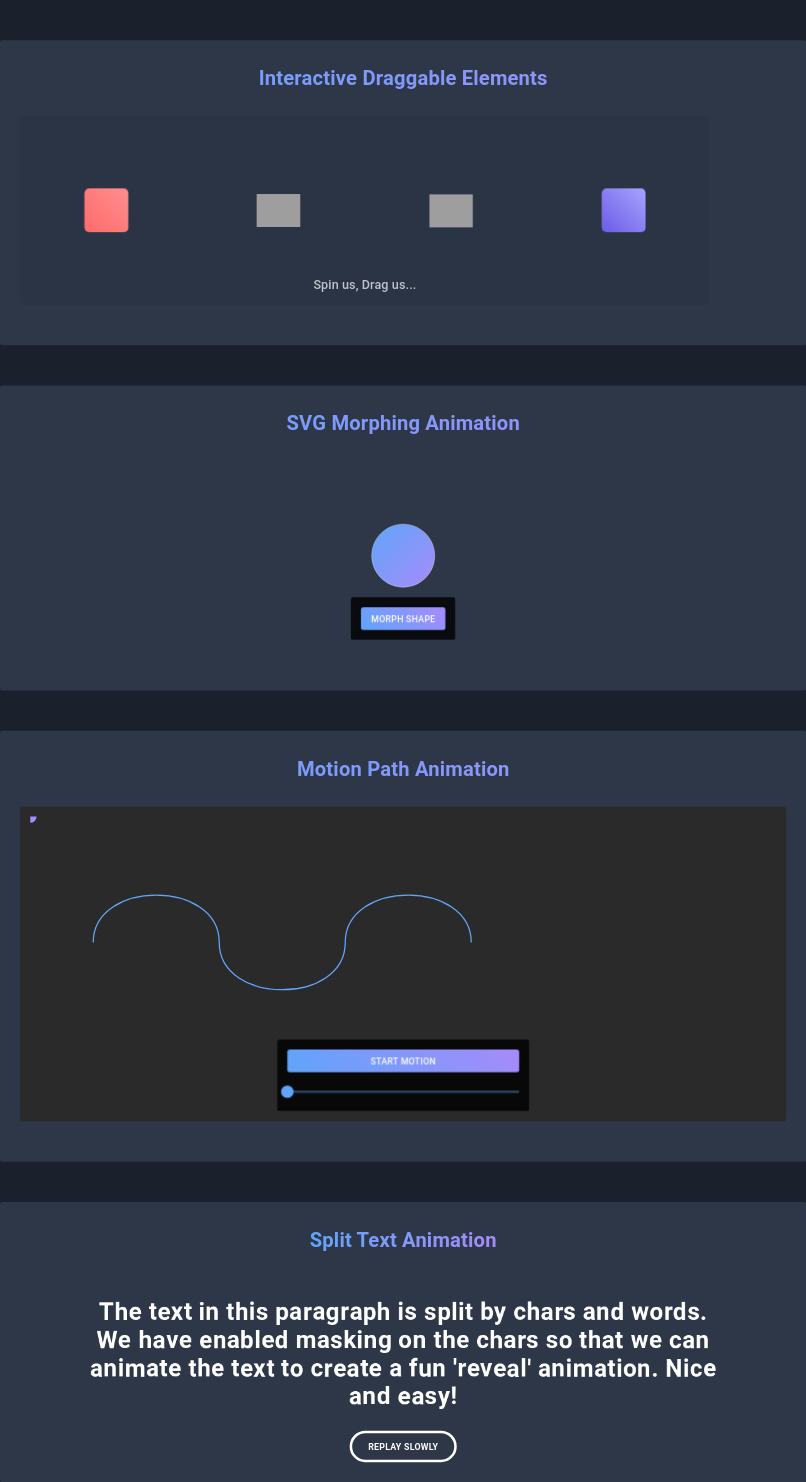
Repository: KovacsViktor/payloadcms-gsap-poc
Page: /gsap/demo
The author's editor kept a copy of each file at every save. The page is drawn from the files as they stood at one save, then again after the next save.
The browser window is 1280 px wide. The pictures show the whole page, at 63% of full size.
Pictures or frames that could not be fetched are drawn as grey boxes. The project was rebuilt for these pictures with package versions that can differ from the ones it lists, and the page was loaded fresh each time. The framework's server and built-in components were replaced by stand-ins that run in the browser. Also part of the build but not shown: next.config.mjs, src/app/(frontend)/styles.css.

Above is the page before, as saved 2025-05-19 20:45:15.

### src/app/(frontend)/layout.tsx
import React from 'react'
import './styles.css'
import ThemeRegistry from '@/theme/ThemeRegistry'

export const metadata = {
  description: 'A blank template using Payload in a Next.js app.',
  title: 'Payload Blank Template',
}

export default async function RootLayout(props: { children: React.ReactNode }) {
  const { children } = props

  return (
    <html lang="en">
      <body>
        <ThemeRegistry>
          <main>{children}</main>
        </ThemeRegistry>
      </body>
    </html>
  )
}

### src/app/(frontend)/gsap/demo/page.tsx
import GSAPDraggable from "./GSAPDraggable";
import GSAPMorphSVG from "./GSAPMorphSVG";
import GSAPMotionPath from "./GSAPMotionPath";
import GSAPSplitText from "./GSAPSplitText";

export default function GSAPDemoPage() {

    return (
        <>
            <GSAPDraggable />
            <GSAPMorphSVG />
            <GSAPMotionPath />
            <GSAPSplitText />
        </>
    )
}

### src/theme/ThemeRegistry.tsx
'use client';

import { ThemeProvider, createTheme } from '@mui/material/styles';
import CssBaseline from '@mui/material/CssBaseline';
import { useEffect, useState } from 'react';

const theme = createTheme({
  palette: {
    mode: 'dark',
    primary: {
      main: '#60a5fa',
    },
    secondary: {
      main: '#a78bfa',
    },
    background: {
      default: '#1a202c',
      paper: '#2d3748',
    },
  },
  typography: {
    h1: {
      fontSize: '3rem',
      fontWeight: 'bold',
      background: 'linear-gradient(to right, #60a5fa, #a78bfa)',
      WebkitBackgroundClip: 'text',
      backgroundClip: 'text',
      color: 'transparent',
    },
    body1: {
      fontSize: '1.125rem',
      lineHeight: 1.75,
      color: '#e2e8f0',
    },
  },
  components: {
    MuiCssBaseline: {
      styleOverrides: {
        body: {
          scrollbarColor: "#6b6b6b #2b2b2b",
          "&::-webkit-scrollbar, & *::-webkit-scrollbar": {
            backgroundColor: "#2b2b2b",
          },
          "&::-webkit-scrollbar-thumb, & *::-webkit-scrollbar-thumb": {
            borderRadius: 8,
            backgroundColor: "#6b6b6b",
            minHeight: 24,
            border: "3px solid #2b2b2b",
          },
          "&::-webkit-scrollbar-thumb:focus, & *::-webkit-scrollbar-thumb:focus": {
            backgroundColor: "#959595",
          },
        },
      },
    },
  },
});

export default function ThemeRegistry({ children }: { children: React.ReactNode }) {
  const [mounted, setMounted] = useState(false);

  useEffect(() => {
    setMounted(true);
  }, []);

  if (!mounted) {
    return <>{children}</>;
  }

  return (
    <ThemeProvider theme={theme}>
      <CssBaseline />
      {children}
    </ThemeProvider>
  );
}

### src/app/(frontend)/gsap/demo/GSAPDraggable.tsx
'use client';

import { useRef } from 'react';
import gsap from 'gsap';
import { Draggable } from 'gsap/Draggable';
import { InertiaPlugin } from 'gsap/InertiaPlugin';
import { useGSAP } from "@gsap/react";
import { styled } from '@mui/material/styles';
import {
  Typography,
  Box,
  TypographyProps,
} from '@mui/material';

gsap.registerPlugin(useGSAP, Draggable, InertiaPlugin);

const PlaygroundBox = styled(Box)(({ theme }) => ({
  marginTop: theme.spacing(8),
  padding: theme.spacing(4),
  background: theme.palette.background.paper,
  borderRadius: theme.shape.borderRadius,
  position: 'relative',
  overflow: 'hidden',
  minHeight: '400px',
}));

const StyledTitle = styled(Typography)<TypographyProps>(({ theme }) => ({
  fontSize: '2rem',
  fontWeight: 'bold',
  textAlign: 'center',
  marginBottom: theme.spacing(4),
  background: 'linear-gradient(to right, #60a5fa, #a78bfa)',
  WebkitBackgroundClip: 'text',
  backgroundClip: 'text',
  color: 'transparent',
}));

const Container = styled(Box)(({ theme }) => ({
  position: 'relative',
  width: '90%',
  height: '300px',
  display: 'flex',
  alignItems: 'center',
  justifyContent: 'space-around',
  borderRadius: theme.shape.borderRadius,
  background: 'rgba(0, 0, 0, 0.05)',
  marginBottom: theme.spacing(4),
}));

const Wrapper = styled(Box)({
  display: 'flex',
  alignItems: 'center',
  justifyContent: 'center',
});

const Flair = styled(Box)({
  cursor: 'pointer',
  width: '70px',
  height: '70px',
  maxHeight: '15vh',
  maxWidth: '15vh',
  backgroundSize: 'contain',
  backgroundRepeat: 'no-repeat',
  backgroundPosition: 'center',
  transition: 'box-shadow 0.3s ease, transform 0.3s ease',
  '&.dragging': {
    boxShadow: '0 10px 20px rgba(0,0,0,0.2)',
    transform: 'scale(1.1)',
    zIndex: 1,
  }
});

const Flair1 = styled(Flair)({
  background: 'linear-gradient(45deg, #FF6B6B, #FF8E8E)',
  borderRadius: '8px',
});

const Flair3b = styled(Flair)({
  backgroundImage: 'url(https://assets.codepen.io/16327/ui-flair-2.png)',
});

const Flair4b = styled(Flair)({
  backgroundImage: 'url(https://assets.codepen.io/16327/ui-flair-4.png)',
});

const FlairThrow = styled(Flair)({
  background: 'linear-gradient(45deg, #6C5CE7, #A8A4FF)',
  borderRadius: '8px',
});

const Subtitle = styled(Typography)(({ theme }) => ({
  position: 'absolute',
  width: '100%',
  left: 0,
  right: 0,
  bottom: theme.spacing(2),
  textAlign: 'center',
  pointerEvents: 'none',
  color: theme.palette.text.secondary,
}));

export default function GSAPDraggable() {
  const containerRef = useRef<HTMLDivElement>(null);
  const flair1Ref = useRef<HTMLDivElement>(null);
  const flair3bRef = useRef<HTMLDivElement>(null);
  const flair4bRef = useRef<HTMLDivElement>(null);
  const flairThrowRef = useRef<HTMLDivElement>(null);

  const { contextSafe } = useGSAP({ scope: containerRef });

  const initDraggables = contextSafe(() => {
    if (!containerRef.current || !flair1Ref.current || !flair3bRef.current ||
        !flair4bRef.current || !flairThrowRef.current) return;

    const commonConfig = {
      onDragStart: function(this: Draggable) {
        gsap.to(this.target, {
          scale: 1.1,
          boxShadow: '0 10px 20px rgba(0,0,0,0.2)',
          duration: 0.3,
          ease: "power2.out"
        });
      },
      onDragEnd: function(this: Draggable) {
        gsap.to(this.target, {
          scale: 1,
          boxShadow: 'none',
          duration: 0.3,
          ease: "power2.out"
        });
      }
    };

    Draggable.create(flair1Ref.current, {
      type: "x",
      bounds: containerRef.current,
      ...commonConfig
    });

    Draggable.create(flair3bRef.current, {
      type: "rotation",
      inertia: true,
      ...commonConfig
    });

    Draggable.create(flair4bRef.current, {
      bounds: containerRef.current,
      inertia: true,
      ...commonConfig
    });

    // Throwing functionality
    Draggable.create(flairThrowRef.current, {
      type: "x,y",
      bounds: containerRef.current,
      inertia: true,
      throwProps: true,
      ...commonConfig,
      onDragEnd: function(this: Draggable) {
        // Add a slight rotation based on throw velocity
        const velocity = gsap.getProperty(this.target, "velocity");
        const rotation = (velocity as number) * 0.1;
        gsap.to(this.target, {
          rotation: `+=${rotation}`,
          scale: 1,
          boxShadow: 'none',
          duration: 0.5,
          ease: "power2.out"
        });
      }
    });
  });

  useGSAP(() => {
    initDraggables();
  }, []);

  return (
    <PlaygroundBox>
      <StyledTitle component="h2">
        Interactive Draggable Elements
      </StyledTitle>

      <Container ref={containerRef}>
        <Wrapper>
          <Flair1 ref={flair1Ref} />
        </Wrapper>
        <Wrapper>
          <Flair3b ref={flair3bRef} />
        </Wrapper>
        <Wrapper>
          <Flair4b ref={flair4bRef} />
        </Wrapper>
        <Wrapper>
          <FlairThrow ref={flairThrowRef} />
        </Wrapper>
        <Subtitle variant="h6">
          Spin us, Drag us...
        </Subtitle>
      </Container>
    </PlaygroundBox>
  );
}

### src/app/(frontend)/gsap/demo/GSAPMorphSVG.tsx
'use client';

import { useRef, useState } from 'react';
import gsap from 'gsap';
import { MorphSVGPlugin } from "gsap/MorphSVGPlugin";
import { useGSAP } from "@gsap/react";
import { styled } from '@mui/material/styles';
import {
  Typography,
  Box,
  TypographyProps,
  Button,
  Stack,
  Grid,
} from '@mui/material';

gsap.registerPlugin(useGSAP, MorphSVGPlugin);

const PlaygroundBox = styled(Box)(({ theme }) => ({
  marginTop: theme.spacing(8),
  padding: theme.spacing(4),
  background: theme.palette.background.paper,
  borderRadius: theme.shape.borderRadius,
  position: 'relative',
  overflow: 'hidden',
  minHeight: '400px',
}));

const StyledTitle = styled(Typography)<TypographyProps>(({ theme }) => ({
  fontSize: '2rem',
  fontWeight: 'bold',
  textAlign: 'center',
  marginBottom: theme.spacing(4),
  background: 'linear-gradient(to right, #60a5fa, #a78bfa)',
  WebkitBackgroundClip: 'text',
  backgroundClip: 'text',
  color: 'transparent',
}));

const SVGContainer = styled(Box)(({ theme }) => ({
  width: '100%',
  height: '300px',
  display: 'flex',
  alignItems: 'center',
  justifyContent: 'center',
  position: 'relative',
  marginBottom: theme.spacing(4),
}));

const ControlPanel = styled(Stack)(({ theme }) => ({
  position: 'absolute',
  bottom: theme.spacing(2),
  left: '50%',
  transform: 'translateX(-50%)',
  zIndex: 1,
  background: 'rgba(0, 0, 0, 0.8)',
  padding: theme.spacing(2),
  borderRadius: theme.shape.borderRadius,
  backdropFilter: 'blur(8px)',
}));

const MorphButton = styled(Button)(({ theme }) => ({
  minWidth: '120px',
  background: 'linear-gradient(45deg, #60a5fa, #a78bfa)',
  color: 'white',
  '&:hover': {
    background: 'linear-gradient(45deg, #3b82f6, #8b5cf6)',
  },
}));

const SVGWrapper = styled(Box)(({ theme }) => ({
  width: '100%',
  height: '300px',
  display: 'flex',
  alignItems: 'center',
  justifyContent: 'center',
  position: 'relative',
  marginBottom: theme.spacing(4),
  background: '#2a2a2a',
  borderRadius: theme.shape.borderRadius,
  padding: theme.spacing(2),
}));

const ComplexSVG = styled('svg')({
  width: '100%',
  maxHeight: '250px',
  '& path': {
    fill: '#0ae448',
  },
  '& #hippo': {
    visibility: 'hidden',
    fill: '#0ae448',
  },
  '& #background': {
    fill: '#2a2a2a',
    stroke: '#3a3a3a',
  }
});

export default function GSAPMorphSVG() {
  const svgRef = useRef<SVGSVGElement>(null);
  const pathRef = useRef<SVGPathElement>(null);
  const [currentShape, setCurrentShape] = useState(0);

  const shapes = [
    "M600 200c0 110.457-89.543 200-200 200S200 310.457 200 200 289.543 0 400 0s200 89.543 200 200z",
    "M400 50 L600 350 L200 350 Z",
    "M200 50 L600 50 L600 350 L200 350 Z",
    "M400 50 L600 200 L400 350 L200 200 Z",
    "M149 245c2.7-36.7 16.11-69.08 40.1-97.06 27.04-31.6 60.92-47.39 101.63-47.39 15.48 0 38.48 2.45 69.02 7.29 30.54 4.89 53.53 7.28 69.03 7.28 23.69 0 57.87 8.85 102.53 26.48 7.91 3.01 17.47 11.24 28.7 24.59 6.38 7.89 16.26 19.77 29.62 35.57 3.04 2.14 7 5.32 11.86 9.6 4.86 4.22 8.19 6.06 10 5.46.62-1.84 2.15-4.4 4.58-7.74 1.21-1.23 1.96-1.83 2.26-1.83.93.61 1.83 1.21 2.75 1.83.91.62 1.21 2.42.91 5.46-.62 5.47-.91 7.14-.91 5-.33 3.06-.76 5.01-1.37 5.95-3.95 6.67-5.48 11.85-4.55 15.47.92 3.32 3.77 8.67 8.64 15.96 4.87 7.29 7.59 12.76 8.19 16.4-.3 2.73-.43 7.12-.43 13.21l-4.57 11.38c0 8.51 9.86 23.11 29.62 43.78 9.44 4.22 14.12 18.83 14.12 43.71 0 19.47-16.09 29.17-48.27 29.17-4.26 0-8.81-.13-13.68-.47-3.34-1.2-8.2-2.56-14.58-4.07-7.59-.93-12.76-3.49-15.48-7.77-4.88-6.95-12.78-13.51-23.71-19.58-1.82-.88-4.48-4.22-7.98-10.02-3.5-5.77-6.61-9.42-9.33-10.95-2.72-1.49-6.68-1.81-11.86-.88-8.81 1.49-13.68 2.26-14.57 2.26-2.14 0-5.25-.6-9.34-1.83-4.11-1.21-7.05-1.83-8.89-1.83-2.11 9.73-2.59 19.15-1.36 28.25.3 2.45 1.83 4.43 4.56 5.92 4.27 3.05 6.53 4.71 6.85 5.05 2.72 2.11 5.61 5.61 8.64 10.45.62 1.85-.52 4.95-3.42 9.34-2.89 4.41-5.22 7.01-7.06 7.74-1.81.79-5.77 1.18-11.85 1.18-8.82 0-29.45-2.45-30.98-2.73-7.59-1.53-14.13-3.94-19.58-7.3-2.76-1.81-5.91-10.33-9.56-25.52-3.68-16.41-6.72-26.27-9.14-29.64-.6-.9-1.36-1.33-2.26-1.33-1.53 0-4.05 1.49-7.53 4.56-3.49 2.99-5.86 4.65-7.05 5.01-4.24 17.9-6.4 26.4-6.4 25.47 0 7.01 1.97 12.89 5.92 17.77 3.94 4.86 8.06 9.57 12.32 14.11 5.16 5.77 7.74 10.78 7.74 15.04 0 2.41-.75 4.52-2.28 6.37-6.38 7.89-17.02 11.85-31.9 11.85-16.71 0-27.64-2.28-32.79-6.84-6.7-5.77-10.95-11.86-12.76-18.2-.3-1.53-1.05-6.09-2.28-13.68-.61-4.58-1.98-7.29-4.08-8.18-6.1-.92-13.69-2.58-22.78-5.01-1.84-1.21-3.81-4.26-5.94-9.12-3.93-9.4-6.83-15.79-8.66-19.13-9.13-4.56-23.7-9.7-43.76-15.45-.92 1.83-1.35 4.37-1.35 7.72 3.34 4.26 8.34 10.8 15.03 19.58 5.47 7.29 8.2 14.3 8.2 20.96 0 12.78-8.2 19.13-24.61 19.13-12.45 0-20.96-.88-25.52-2.71-6.67-2.73-12.29-9.14-16.85-19.13-7.6-16.74-11.85-26.16-12.76-28.27-4.87-11.23-8.2-21.13-10.01-29.65-1.23-6.05-3.06-15.35-5.49-27.8-2.12-10.3-5.46-18.36-10.01-24.13C155.33 279.36 147.5 260.6 149 245z"
  ];

  const { contextSafe } = useGSAP({ scope: svgRef });

  const morphToNextShape = contextSafe(() => {
    const nextShape = (currentShape + 1) % shapes.length;
    gsap.to(pathRef.current, {
      duration: 1.5,
      morphSVG: shapes[nextShape],
      ease: "power2.inOut",
      onComplete: () => setCurrentShape(nextShape)
    });
  });

  return (
    <PlaygroundBox>
      <StyledTitle component="h2">
        SVG Morphing Animation
      </StyledTitle>

      <SVGContainer>
        <svg
          ref={svgRef}
          width="200"
          height="200"
          viewBox="0 0 800 400"
        >
          <path
            ref={pathRef}
            d={shapes[0]}
            fill="url(#gradient)"
            stroke="#fff"
            strokeWidth="2"
          />
          <defs>
            <linearGradient id="gradient" x1="0%" y1="0%" x2="100%" y2="100%">
              <stop offset="0%" stopColor="#60a5fa" />
              <stop offset="100%" stopColor="#a78bfa" />
            </linearGradient>
          </defs>
        </svg>

        <ControlPanel direction="row" spacing={2}>
          <MorphButton
            onClick={morphToNextShape}
            variant="contained"
          >
            Morph Shape
          </MorphButton>
        </ControlPanel>
      </SVGContainer>
    </PlaygroundBox>
  );
}

### src/app/(frontend)/gsap/demo/GSAPMotionPath.tsx
'use client';

import { useRef, useState } from 'react';
import gsap from 'gsap';
import { MotionPathPlugin } from "gsap/MotionPathPlugin";
import { useGSAP } from "@gsap/react";
import { styled } from '@mui/material/styles';
import {
  Typography,
  Box,
  TypographyProps,
  Button,
  Stack,
  Slider,
} from '@mui/material';

gsap.registerPlugin(useGSAP, MotionPathPlugin);

const PlaygroundBox = styled(Box)(({ theme }) => ({
  marginTop: theme.spacing(8),
  padding: theme.spacing(4),
  background: theme.palette.background.paper,
  borderRadius: theme.shape.borderRadius,
  position: 'relative',
  overflow: 'hidden',
  minHeight: '400px',
}));

const StyledTitle = styled(Typography)<TypographyProps>(({ theme }) => ({
  fontSize: '2rem',
  fontWeight: 'bold',
  textAlign: 'center',
  marginBottom: theme.spacing(4),
  background: 'linear-gradient(to right, #60a5fa, #a78bfa)',
  WebkitBackgroundClip: 'text',
  backgroundClip: 'text',
  color: 'transparent',
}));

const SVGContainer = styled(Box)(({ theme }) => ({
  width: '100%',
  height: '500px',
  display: 'flex',
  alignItems: 'center',
  justifyContent: 'center',
  position: 'relative',
  marginBottom: theme.spacing(4),
  background: '#2a2a2a',
  borderRadius: theme.shape.borderRadius,
  padding: theme.spacing(2),
}));

const ControlPanel = styled(Stack)(({ theme }) => ({
  position: 'absolute',
  bottom: theme.spacing(2),
  left: '50%',
  transform: 'translateX(-50%)',
  zIndex: 1,
  background: 'rgba(0, 0, 0, 0.8)',
  padding: theme.spacing(2),
  borderRadius: theme.shape.borderRadius,
  backdropFilter: 'blur(8px)',
  width: '80%',
  maxWidth: '400px',
}));

const MotionButton = styled(Button)(({ theme }) => ({
  minWidth: '120px',
  background: 'linear-gradient(45deg, #60a5fa, #a78bfa)',
  color: 'white',
  '&:hover': {
    background: 'linear-gradient(45deg, #3b82f6, #8b5cf6)',
  },
}));

const SVGWrapper = styled('svg')({
  width: '100%',
  height: '100%',
  '& path': {
    fill: 'none',
    stroke: '#60a5fa',
    strokeWidth: 2,
  },
  '& circle': {
    fill: '#a78bfa',
  },
});

export default function GSAPMotionPath() {
  const svgRef = useRef<SVGSVGElement>(null);
  const objectRef = useRef<SVGCircleElement>(null);
  const pathRef = useRef<SVGPathElement>(null);
  const [isPlaying, setIsPlaying] = useState(false);
  const [progress, setProgress] = useState(0);
  const animationRef = useRef<gsap.core.Tween | null>(null);

  const { contextSafe } = useGSAP({ scope: svgRef });

  // Initialize the circle's position and create the animation
  useGSAP(() => {
    if (pathRef.current && objectRef.current) {
      animationRef.current = gsap.to(objectRef.current, {
        duration: 5,
        motionPath: {
          path: pathRef.current,
          align: pathRef.current,
          autoRotate: true,
          alignOrigin: [0.5, 0.5],
        },
        ease: "none",
        paused: true,
        onUpdate: () => {
          setProgress(gsap.getProperty(objectRef.current, "motionPath") as number * 100);
        }
      });
    }
  }, []);

  const animateAlongPath = contextSafe(() => {
    if (!isPlaying && animationRef.current) {
      animationRef.current.play();
      setIsPlaying(true);
    } else if (animationRef.current) {
      animationRef.current.pause();
      setIsPlaying(false);
    }
  });

  const handleSliderChange = contextSafe((event: Event, newValue: number | number[]) => {
    if (animationRef.current && typeof newValue === 'number') {
      animationRef.current.pause();
      setIsPlaying(false);
      animationRef.current.progress(newValue / 100);
      setProgress(newValue);
    }
  });

  return (
    <PlaygroundBox>
      <StyledTitle component="h2">
        Motion Path Animation
      </StyledTitle>

      <SVGContainer>
        <SVGWrapper ref={svgRef}>
          <path
            ref={pathRef}
            d="M100,200 C100,100 300,100 300,200 C300,300 500,300 500,200 C500,100 700,100 700,200"
          />
          <circle ref={objectRef} r="10" />
        </SVGWrapper>

        <ControlPanel direction="column" spacing={2}>
          <MotionButton
            onClick={animateAlongPath}
            variant="contained"
          >
            {isPlaying ? "Stop" : "Start"} Motion
          </MotionButton>
          <Slider
            value={progress}
            onChange={handleSliderChange}
            aria-label="Motion Progress"
            valueLabelDisplay="auto"
            valueLabelFormat={(value) => `${Math.round(value)}%`}
          />
        </ControlPanel>
      </SVGContainer>
    </PlaygroundBox>
  );
}

### src/app/(frontend)/gsap/demo/GSAPSplitText.tsx
'use client';

import { useRef, useState, useEffect } from 'react';
import gsap from 'gsap';
import { SplitText } from "gsap/SplitText";
import { useGSAP } from "@gsap/react";
import { styled } from '@mui/material/styles';
import {
  Typography,
  Box,
  TypographyProps,
  Button,
} from '@mui/material';

gsap.registerPlugin(useGSAP, SplitText);

const PlaygroundBox = styled(Box)(({ theme }) => ({
  marginTop: theme.spacing(8),
  padding: theme.spacing(4),
  background: theme.palette.background.paper,
  borderRadius: theme.shape.borderRadius,
  position: 'relative',
  overflow: 'hidden',
  minHeight: '400px',
  display: 'flex',
  flexDirection: 'column',
  alignItems: 'center',
  justifyContent: 'center',
  gap: theme.spacing(4),
}));

const StyledTitle = styled(Typography)<TypographyProps>(({ theme }) => ({
  fontSize: '2rem',
  fontWeight: 'bold',
  textAlign: 'center',
  marginBottom: theme.spacing(4),
  background: 'linear-gradient(to right, #60a5fa, #a78bfa)',
  WebkitBackgroundClip: 'text',
  backgroundClip: 'text',
  color: 'transparent',
}));

const Container = styled(Box)(({ theme }) => ({
  maxWidth: '80vw',
  textAlign: 'center',
}));

const SplitTextWrapper = styled(Typography)(({ theme }) => ({
  opacity: 0,
  textAlign: 'center',
  color: theme.palette.text.primary,
  fontSize: 'clamp(2rem, 6rem, 3vw)',
  letterSpacing: '0.05rem',
  willChange: 'transform',
  '& *': {
    willChange: 'transform',
  },
}));

const ReplayButton = styled(Button)(({ theme }) => ({
  display: 'inline-block',
  outline: 'none',
  padding: '12px 25px',
  background: 'transparent',
  border: `solid 4px ${theme.palette.text.primary}`,
  color: theme.palette.text.primary,
  textDecoration: 'none',
  borderRadius: '99px',
  textTransform: 'uppercase',
  fontWeight: 600,
  cursor: 'pointer',
  lineHeight: '18px',
  '&:hover': {
    background: 'rgba(0, 0, 0, 0.05)',
  },
}));

export default function GSAPSplitTextDemo() {
  const containerRef = useRef<HTMLDivElement>(null);
  const textRef = useRef<HTMLParagraphElement>(null);
  const [splitInstance, setSplitInstance] = useState<SplitText | null>(null);
  const [tween, setTween] = useState<gsap.core.Tween | null>(null);

  const { contextSafe } = useGSAP({ scope: containerRef });

  // Initialize the split text and animation
  useGSAP(() => {
    if (textRef.current) {
      // Set initial opacity
      gsap.set(textRef.current, { opacity: 1 });

      // Create split text instance
      const split = SplitText.create(textRef.current, {
        type: "chars, words",
        mask: "chars"
      });
      setSplitInstance(split);

      // Create the animation
      const newTween = gsap.from(split.chars, {
        duration: 0.6,
        yPercent: "random([-150, 150])",
        xPercent: "random([-150, 150])",
        stagger: {
          from: "random",
          amount: 0.6,
        },
        ease: "power3.out"
      });
      setTween(newTween);
    }
  }, []);

  const handleReplay = contextSafe(() => {
    if (tween) {
      tween.timeScale(0.5).play(0);
    }
  });

  return (
    <PlaygroundBox ref={containerRef}>
      <StyledTitle component="h2">
        Split Text Animation
      </StyledTitle>

      <Container>
        <SplitTextWrapper ref={textRef} variant="h1">
          The text in this paragraph is split by chars and words. We have enabled masking on the chars so that we can animate the text to create a fun 'reveal' animation. Nice and easy!
        </SplitTextWrapper>
      </Container>

      <ReplayButton
        onClick={handleReplay}
        variant="outlined"
      >
        Replay Slowly
      </ReplayButton>
    </PlaygroundBox>
  );
}

After the next save:
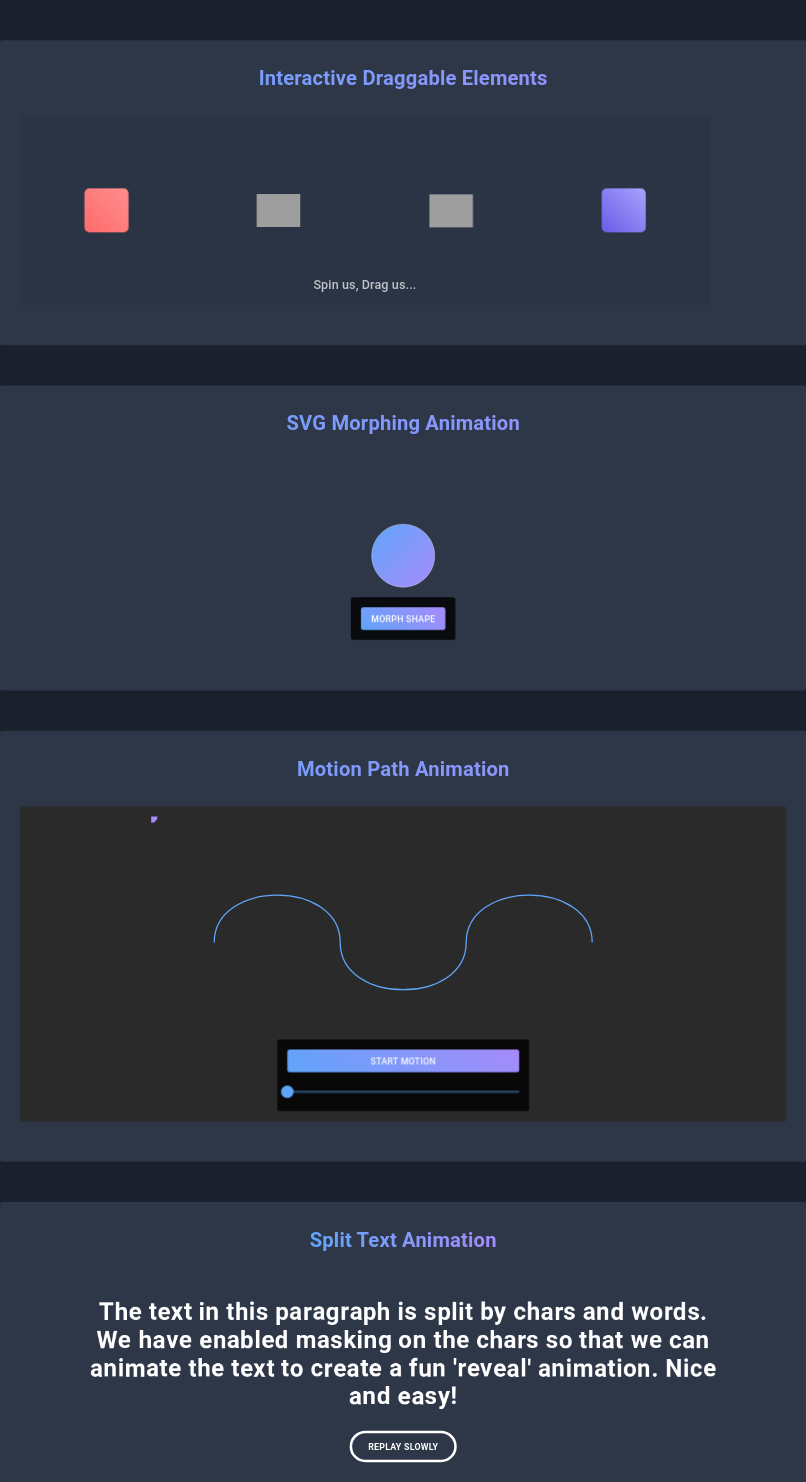
Saved 50 s later.
--- a/src/app/(frontend)/gsap/demo/GSAPMotionPath.tsx
+++ b/src/app/(frontend)/gsap/demo/GSAPMotionPath.tsx
@@ -76,6 +76,9 @@ const MotionButton = styled(Button)(({ theme }) => ({
 const SVGWrapper = styled('svg')({
   width: '100%',
   height: '100%',
+  maxWidth: '800px',
+  margin: '0 auto',
+  display: 'block',
   '& path': {
     fill: 'none',
     stroke: '#60a5fa',
